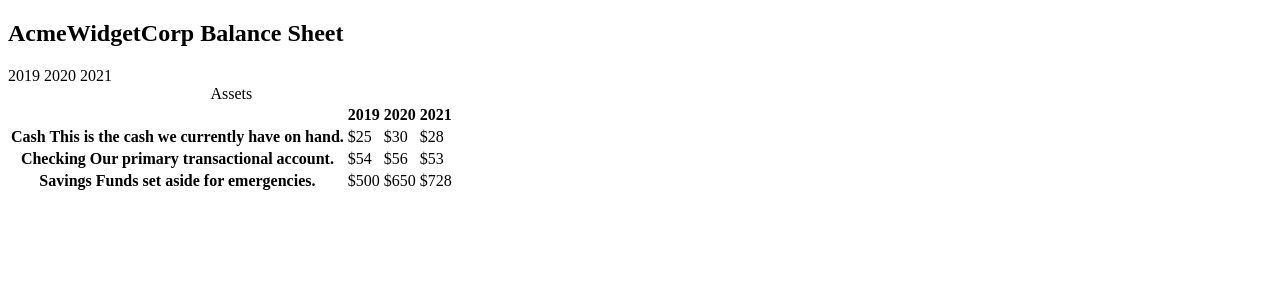
Repository: cipdanila/freeCodeCamp
Page: BalanceSheet/index.html
The author's editor kept a copy of each file at every save. The page is drawn from the files as they stood at one save, then again after the next save.
The browser window is 1280 px wide. The pictures show the whole page.

Above is the page before, as saved 2023-10-19 16:24:42.

### BalanceSheet/index.html
<!DOCTYPE html>
<html lang="en">
    <head>
        <meta charset="UTF-8" />
        <meta name="viewport" content="width=device-width, initial-scale=1.0" />
        <title>Balance Sheet</title>
        <link rel="stylesheet" href="./styles.css" />
    </head>
    <body>
        <main>
            <section>
                <h1>
                    <span class="flex">
                        <span>AcmeWidgetCorp</span>
                        <span>Balance Sheet</span>
                    </span>
                </h1>
                <div id="years" aria-hidden="true">
                    <span class="year">2019</span>
                    <span class="year">2020</span>
                    <span class="year">2021</span>
                </div>
                <div class="table-wrap">
                    <table>
                        <caption>
                            Assets
                        </caption>
                        <thead>
                            <tr>
                                <td></td>
                                <th><span class="sr-only year">2019</span></th>
                                <th><span class="sr-only year">2020</span></th>
                                <th class="current">
                                    <span class="sr-only year">2021</span>
                                </th>
                            </tr>
                        </thead>
                        <tbody>
                            <tr class="data">
                                <th>
                                    Cash <span class="description">This is the cash we currently have on hand.</span>
                                    <td>$25</td>
                                    <td>$30</td>
                                    <td class="current">$28</td>
                                </th>
                            </tr>
                            <tr class="data">
                                <th>
                                    Checking <span class="description">Our primary transactional account.</span>
                                    <td>$54</td>
                                    <td>$56</td>
                                    <td class="current">$53</td>
                                </th>
                            </tr>
                            <tr class="data">
                                <th>
                                    Savings <span class="description">Funds set aside for emergencies.</span>
                                    <td>$500</td>
                                    <td>$650</td>
                                    <td class="current">$728</td>
                                </th>
                            </tr>
                            <tr class="total"></tr>
                        </tbody>
                    </table>
                    <table></table>
                    <table></table>
                </div>
            </section>
        </main>
    </body>
</html>

Loaded but not shown: BalanceSheet/styles.css (empty)

After the next save:
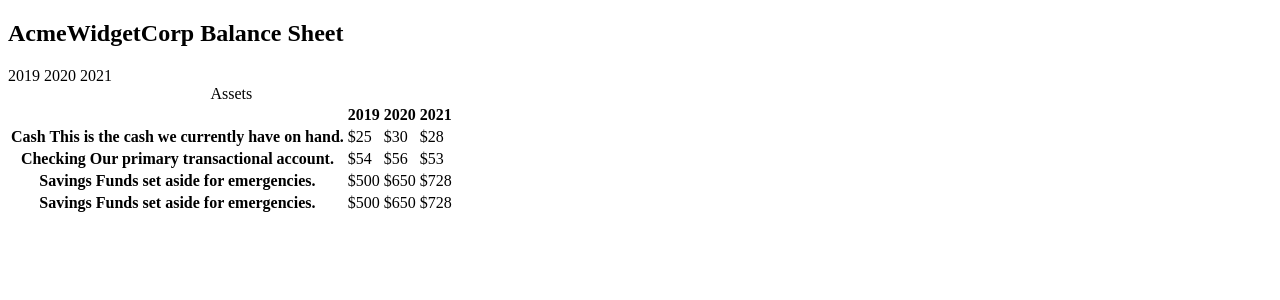
Saved 78 s later.
--- a/BalanceSheet/index.html
+++ b/BalanceSheet/index.html
@@ -60,7 +60,14 @@
                                     <td class="current">$728</td>
                                 </th>
                             </tr>
-                            <tr class="total"></tr>
+                            <tr class="total">
+                                <th>
+                                    Savings <span class="description">Funds set aside for emergencies.</span>
+                                    <td>$500</td>
+                                    <td>$650</td>
+                                    <td class="current">$728</td>
+                                </th>
+                            </tr>
                         </tbody>
                     </table>
                     <table></table>
